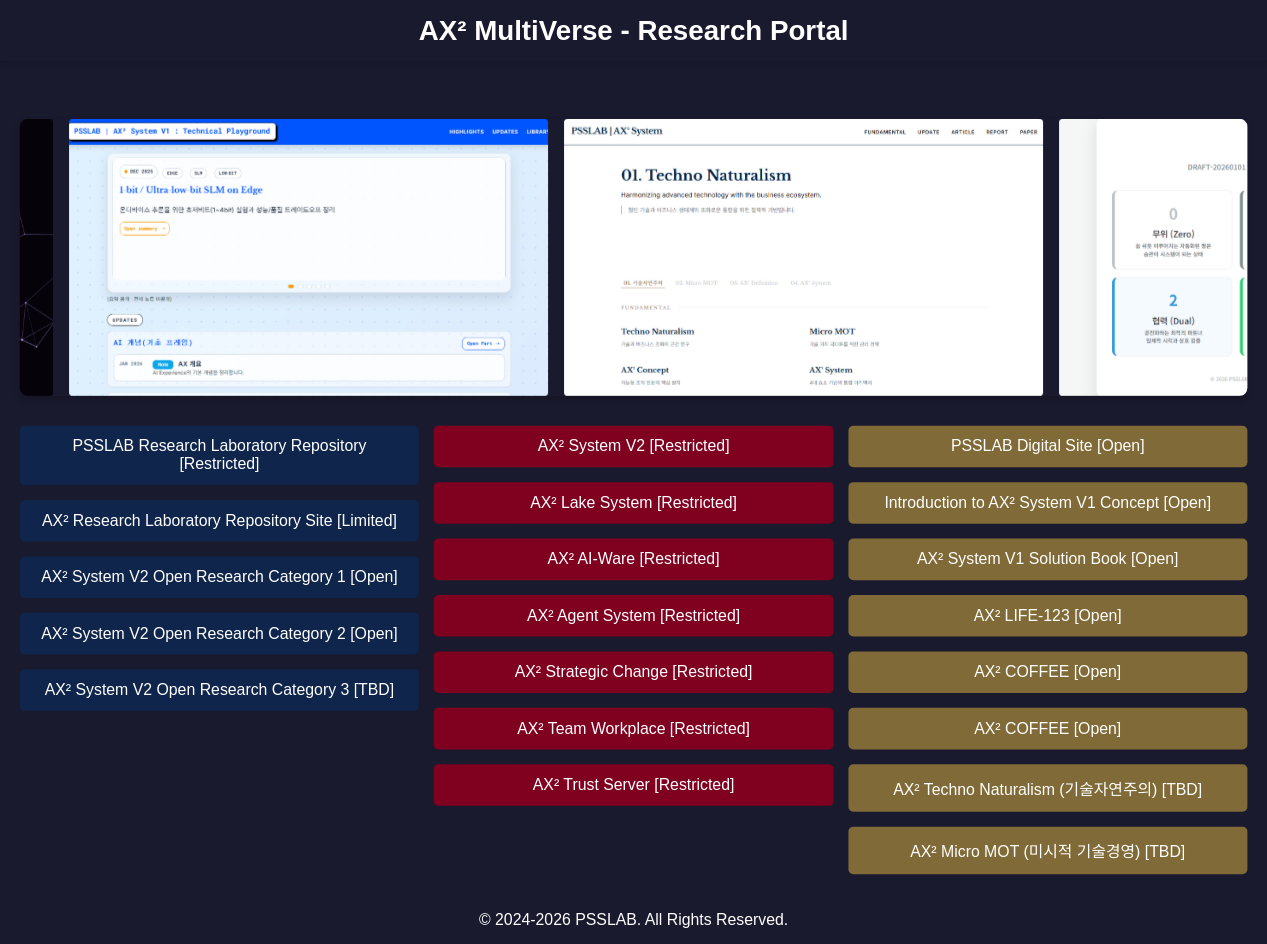
Repository: hycse89/PSSLAB_OpenSite
Page: psslab_multiverse_v2.html
The author's editor kept a copy of each file at every save. The page is drawn from the files as they stood at one save, then again after the next save.
The browser window is 1280 px wide. The pictures show the whole page, at 99% of full size.

Above is the page before, as saved 2026-01-06 00:20:57.

After the next save:
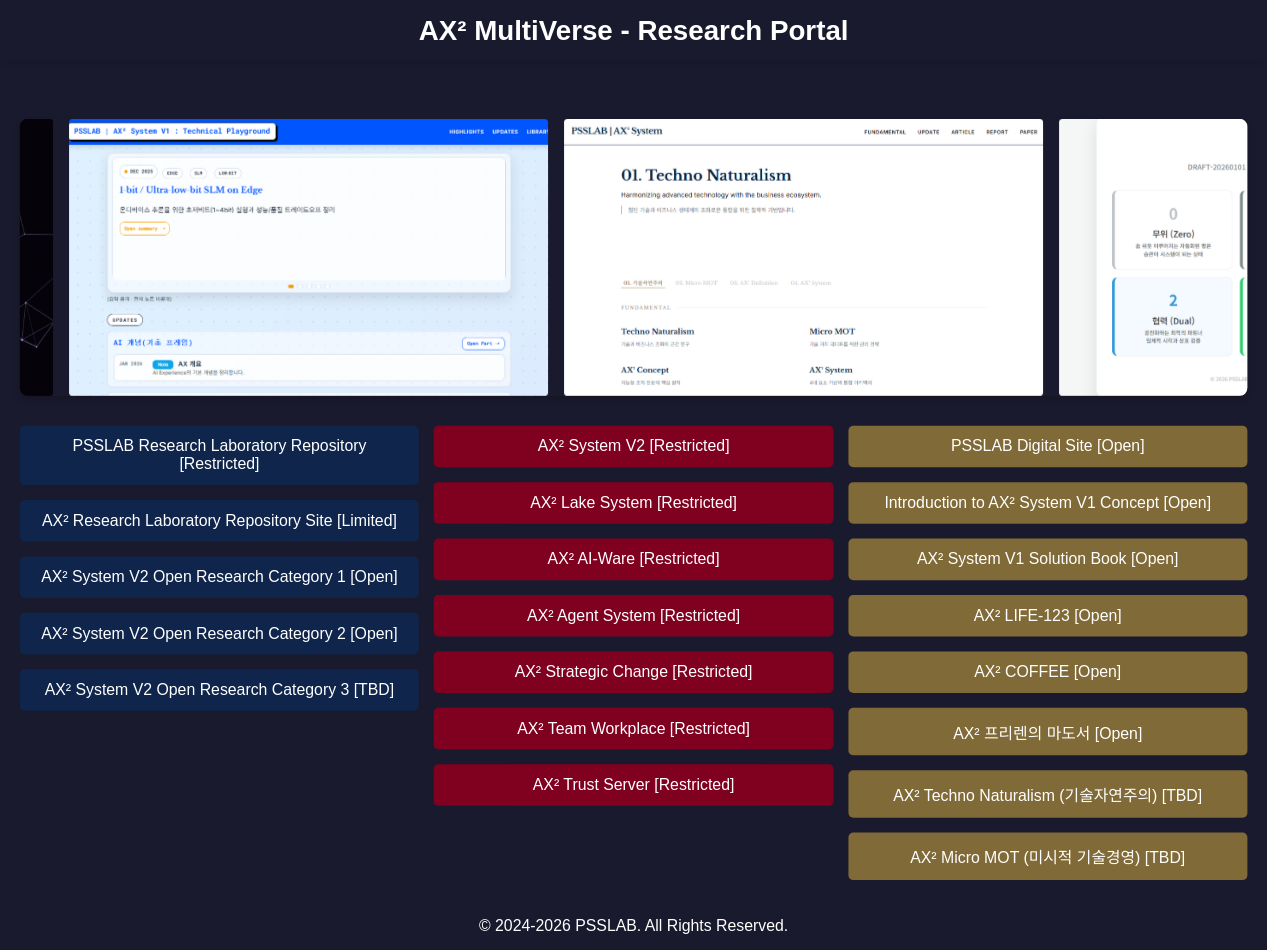
Saved 19 s later.
--- a/psslab_multiverse_v2.html
+++ b/psslab_multiverse_v2.html
@@ -209,7 +209,7 @@
                 <a href="ax2_v1_concept/solution_book/index.html" class="link-button color-3">AX² System V1 Solution Book [Open]</a>
                 <a href="http://localhost:8001/ax_site/ax2_life_123/index.html" class="link-button color-3">AX² LIFE-123 [Open]</a>
                 <a href="http://localhost:8001/ax_site/ax2_coffee/index.html" class="link-button color-3">AX² COFFEE [Open]</a>
-                <a href="http://localhost:8001/ax_site/ax2_coffee/index.html" class="link-button color-3">AX² COFFEE [Open]</a>
+                <a href="http://localhost:8001/ax_site/ax2_coffee/index.html" class="link-button color-3">AX² 프리렌의 마도서 [Open]</a>
 
                 <a href="http://localhost:8001/utils/markdown_viewer.html?file=/ax_research/doc/doc_ax_techno_naturalism_v5.md" class="link-button color-3">AX² Techno Naturalism (기술자연주의) [TBD]</a>
                 <a href="http://localhost:8001/utils/markdown_viewer.html?file=/ax_research/doc/doc_ax_micro_mot_v2.md" class="link-button color-3">AX² Micro MOT (미시적 기술경영) [TBD]</a>
